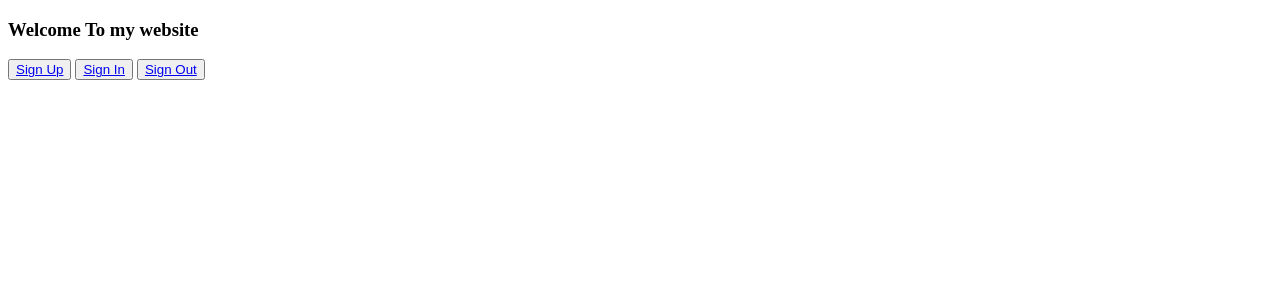
Repository: DHYEY3559/CVM-Project
Page: http://localhost/
These files come from the project's save history. The page is drawn as it stood at one moment and after a run of saves; the edit follows.
The browser window is 1280 px wide. The pictures show the whole page.
The page is served by the project's application, run on Django 5.2 (manage.py). Other server files are loaded and not shown.

Above is the page before, as saved 2024-06-24 14:36:14.

### Login website/templates/auth/index.html
<!DOCTYPE html>
<!--[if lt IE 7]>      <html class="no-js lt-ie9 lt-ie8 lt-ie7"> <![endif]-->
<!--[if IE 7]>         <html class="no-js lt-ie9 lt-ie8"> <![endif]-->
<!--[if IE 8]>         <html class="no-js lt-ie9"> <![endif]-->
<!--[if gt IE 8]>      <html class="no-js"> <!--<![endif]-->
<html>
    <head>
        <meta charset="utf-8">
        <meta http-equiv="X-UA-Compatible" content="IE=edge">
        <title>Auth</title>
        <meta name="description" content="">
        <meta name="viewport" content="width=device-width, initial-scale=1">
        <link rel="stylesheets" href="">
    </head>
    <body>
        <h3>Welcome To my website</h3>
        <button type="submit"><a href="/signup">Sign Up</a></button>
        <button type="submit"><a href="/signin">Sign In</a></button>
        <button type="submit"><a href="/signout">Sign Out</a></button>

        <script src="" async defer></script>
    </body>
</html>

### Login website/auth/views.py
from django.shortcuts import redirect, render
from django.http import HttpResponse
from django.contrib.auth.models import User
from django.contrib import messages
from django.contrib.auth import authenticate,login
# Create your views here.
def home(request):
    return render(request, "auth/index.html")
def signup(request):

    if request.method == "POST":
        username = request.POST['username']
        name = request.POST['name']
        email = request.POST['email']
        pass1 = request.POST['pass1']
        pass2 = request.POST['pass2']

        myuser = User.objects.create_user(username ,email, pass1)
        myuser.first_name= name

        myuser.save()

        messages.success(request ,"Your Account As Been Created Successfully")

        return redirect('signin')
    return render(request, "auth/signup.html")
def signin(request):
    if request.method == 'POST':
        username = request.POST['username']
        pass1 = request.POST['pass1']

        user = authenticate(username=username, password=pass1)

        if user is None:
            login(request,user)
            name = user.first_name
            return render(request, "auth/index.html", {'name': name})
        else:
            messages.error(request, "Bad credentials!")
            return redirect('home')
    return render(request, "auth/signin.html")
def signout(request):
    pass

### Login website/Dhyey/urls.py
"""
URL configuration for Dhyey project.

The `urlpatterns` list routes URLs to views. For more information please see:
    https://docs.djangoproject.com/en/5.0/topics/http/urls/
Examples:
Function views
    1. Add an import:  from my_app import views
    2. Add a URL to urlpatterns:  path('', views.home, name='home')
Class-based views
    1. Add an import:  from other_app.views import Home
    2. Add a URL to urlpatterns:  path('', Home.as_view(), name='home')
Including another URLconf
    1. Import the include() function: from django.urls import include, path
    2. Add a URL to urlpatterns:  path('blog/', include('blog.urls'))
"""
from django.contrib import admin
from django.urls import path,include

urlpatterns = [
    path('admin/', admin.site.urls),
    path('',include('auth.urls')),
]

### Login website/auth/urls.py
from django.contrib import admin
from django.urls import path,include
from . import views

urlpatterns = [
    path('', views.home ,name="home"),
    path('signup',views.signup, name="signup"),
    path('signin',views.signin, name="signin"),
    path('signout',views.signout, name="signout"),
]

After the next 2 saves:
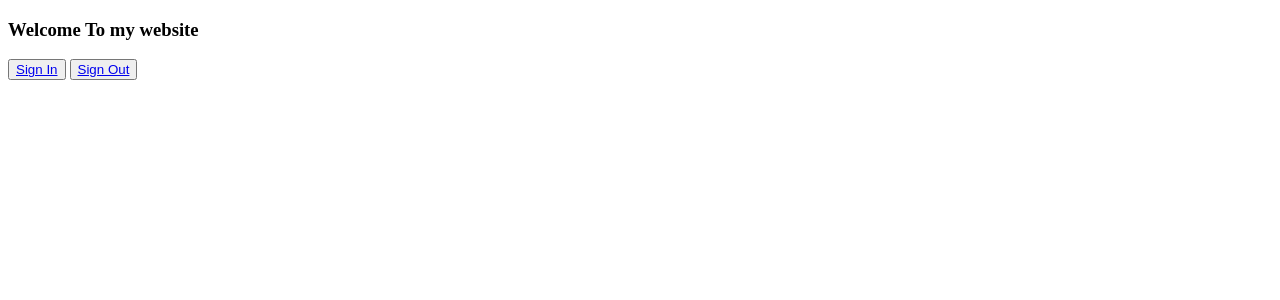
The 2 saves are shown as one change because 1 did not build or start.
The last was saved 18 min 38 s later.
--- a/Login website/templates/auth/index.html
+++ b/Login website/templates/auth/index.html
@@ -13,10 +13,28 @@
         <link rel="stylesheets" href="">
     </head>
     <body>
+        {% for message in messages %}
+        <div class="alert alert-{{message.tags}} alert-dismissible fade show" role="alert">
+            <strong>Message: </strong> {{ message }}
+            <button type="button" class="close" data-dismiss="alert" aria-label="CLose">
+            <span aria-hidden="true">&times;</span>
+        </button>
+        </div>
+
+        {% endfor %}
+
         <h3>Welcome To my website</h3>
+
+        {% if user.is_authenticated %}
+
+        <h3>Hello {{ name }}</h3>
+        <h3>Yur are Successfully Logged in</h3>
         <button type="submit"><a href="/signup">Sign Up</a></button>
+
+        {% else %}
         <button type="submit"><a href="/signin">Sign In</a></button>
         <button type="submit"><a href="/signout">Sign Out</a></button>
+        {% endif %}
 
         <script src="" async defer></script>
     </body>
